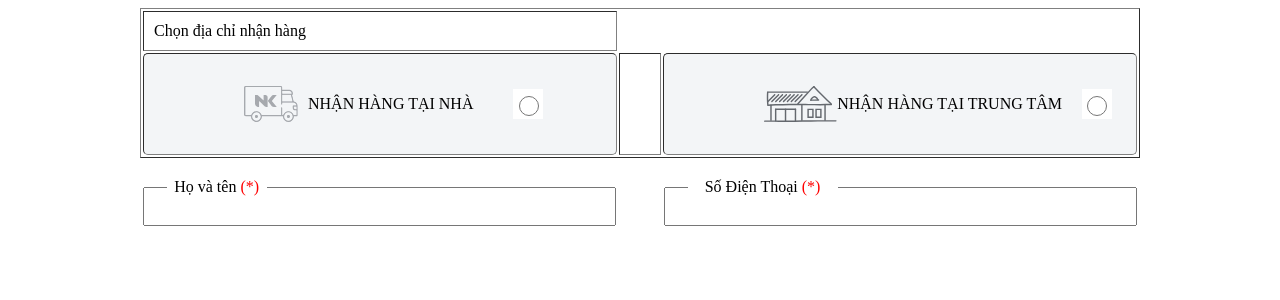
Repository: Tan-Khang21/TH_TKW--Buoi_04
Page: Bai_Tap_Tren_Lop/Bai_03/Bai_03.html
These files come from the project's save history. The page is drawn as it stood at one moment and after the next save; the edit follows.
The browser window is 1280 px wide. The pictures show the whole page.

Above is the page before, as saved 2024-03-08 20:46:43.

After the next save:
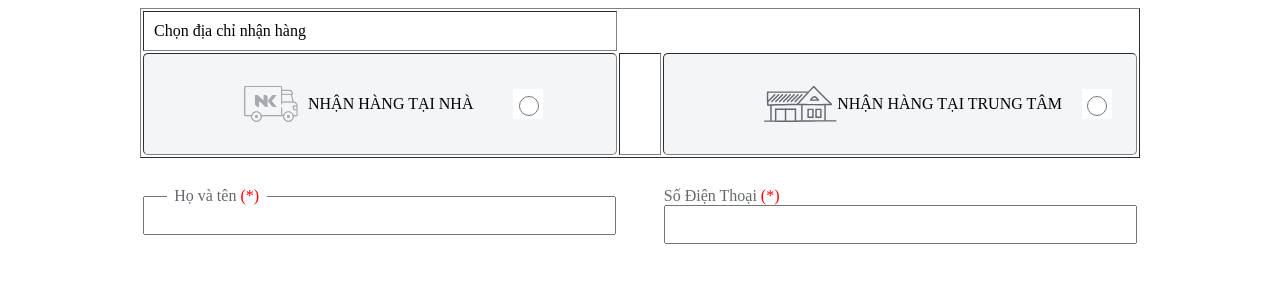
Saved 58 s later.
--- a/Bai_Tap_Tren_Lop/Bai_03/Bai_03.html
+++ b/Bai_Tap_Tren_Lop/Bai_03/Bai_03.html
@@ -394,13 +394,13 @@
             <td style="height: 20px;"></td>
           </tr>
           <td style="width: 475px;">
-            <div style="position: relative;"><span style=" text-align: center; width: 100px; background-color: white; position: absolute; left: 5%; transform: translateY(-50%);"> Họ và tên
+            <div style="position: relative;"><span style="color:#64686E ; text-align: center; width: 100px; background-color: white; position: absolute; left: 5%; transform: translateY(-50%);"> Họ và tên
               <span style="color: red;">(*)</span></span>
             <input style=" width: 100%; box-sizing: border-box; padding: 10px 0px;" type="text"></div>
           </td>
           <td style="width: 40px;"> </td>
           <td style="width: 475px;">
-            <div style="position: relative;"><span style="text-align: center; width: 150px; background-color: white; position: absolute; left: 5%; transform: translateY(-50%);"> Số Điện Thoại
+            <div style="position: relative;"><span style=color:#64686E ;"text-align: center; width: 150px; background-color: white; position: absolute; left: 5%; transform: translateY(-50%);"> Số Điện Thoại
               <span style="color: red;" >(*)</span></span>
             <input style=" width: 100%; box-sizing: border-box; padding: 10px 0px;" type="text"></div>
           </td>
